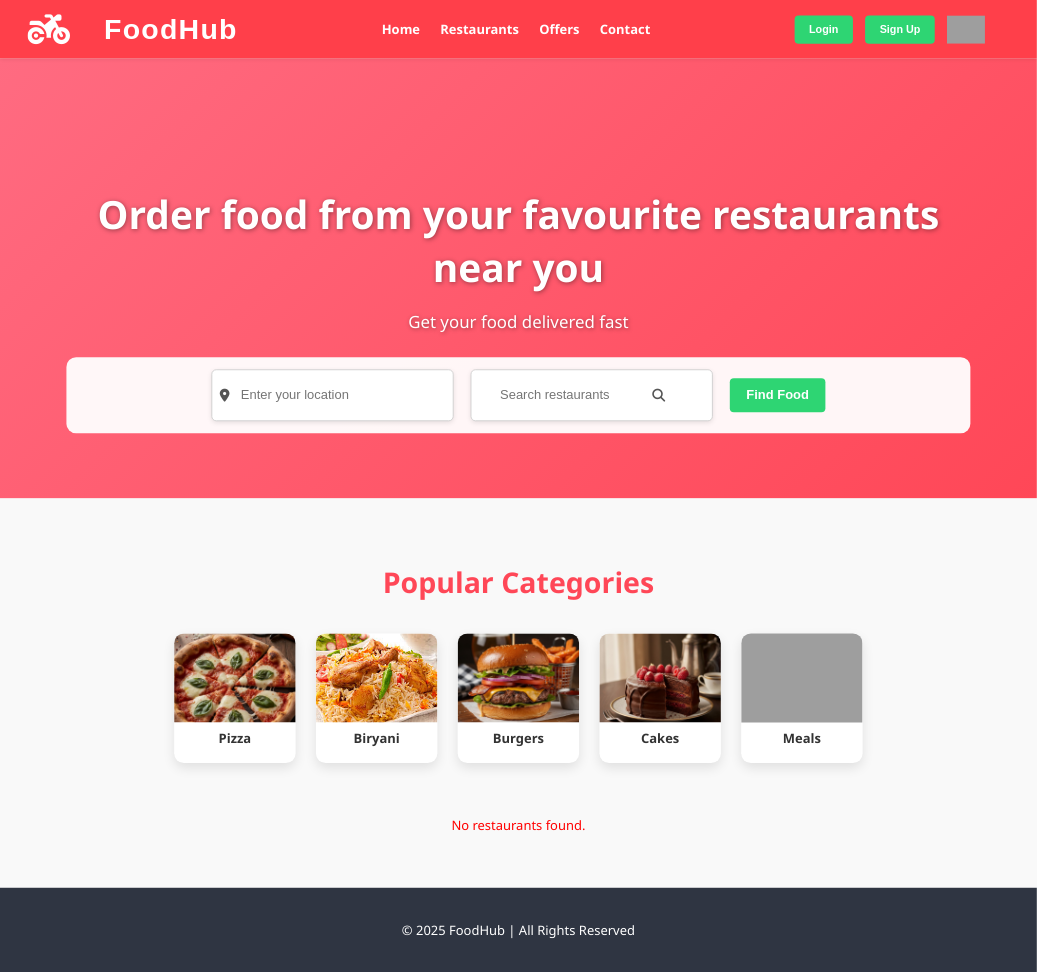
Repository: srinithiashoka/FoodDeliveryApp
Page: http://localhost/FoodDeliveryApp/home.jsp
The author's editor kept a copy of each file at every save. The page is drawn from the files as they stood at one save, then again after the next save.
The browser window is 1280 px wide. The pictures show the whole page, at 81% of full size.
Pictures or frames that could not be fetched are drawn as grey boxes. The page is served by Tomcat 10. Other server files are loaded and not shown. Queries for data that is not in the repository find no rows.

Above is the page before, as saved 2025-12-02 06:51:52.

### FoodDeliveryApp/src/main/webapp/home.jsp
<%@ page language="java" contentType="text/html; charset=UTF-8" pageEncoding="UTF-8"%>
<%@ page import="java.util.List" %>
<%@ page import="com.foodapp.dao.RestaurantDAO" %>
<%@ page import="com.foodapp.dao.impl.RestaurantDAOImpl" %>
<%@ page import="com.foodapp.model.Restaurant" %>

<%
    String location = request.getParameter("location");
    String restaurantName = request.getParameter("restaurant");

    RestaurantDAO dao = new RestaurantDAOImpl();
    List<Restaurant> restaurants;

    if ((location != null && !location.isEmpty()) || (restaurantName != null && !restaurantName.isEmpty())) {
        restaurants = dao.searchRestaurants(location, restaurantName);
    } else {
        restaurants = dao.getActiveRestaurants();
    }
%>

<!DOCTYPE html>
<html>
<head>
    <meta charset="UTF-8">
    <title>FoodHub - Food Delivery App</title>

    <link rel="stylesheet"
          href="https://cdnjs.cloudflare.com/ajax/libs/font-awesome/6.5.0/css/all.min.css">

    <link rel="stylesheet" href="css/home.css">
</head>

<body>

<!-- NAVBAR -->
<header>
    <div class="container">
        <div class="navbar">

            <!-- TEXT LOGO + SCOOTER ICON -->
            <div class="logo">
                <i class="fa-solid fa-motorcycle scooter-icon"></i>
                <span class="logo-text">FoodHub</span>
            </div>

            <ul class="nav-menu">
                <li><a href="#">Home</a></li>
                <li><a href="#">Restaurants</a></li>
                <li><a href="#">Offers</a></li>
                <li><a href="#">Contact</a></li>
            </ul>

            <div class="nav-actions">
                <button class="btn btn-login">Login</button>
                <button class="btn btn-signup">Sign Up</button>
                <img src="https://cdn-icons-png.flaticon.com/512/3144/3144456.png"
                     alt="Cart" title="My Cart">
            </div>
        </div>
    </div>
</header>


<!-- HERO SECTION -->
<section class="hero">
    <div class="container">
        <div class="hero-text-box">
            <h1>Order food from your favourite restaurants near you</h1>
            <p>Get your food delivered fast</p>
        </div>

        <div class="search-box">
            <form action="home.jsp" method="get" class="search-form">

                <div class="input-wrapper">
                    <i class="fa fa-map-marker-alt"></i>
                    <input type="text" name="location" placeholder="Enter your location"
                           value="<%= location != null ? location : "" %>">
                </div>

                <div class="input-wrapper">
                    <i class="fa fa-search"></i>
                    <input type="text" name="restaurant" placeholder="Search restaurants"
                           value="<%= restaurantName != null ? restaurantName : "" %>">
                </div>

                <button type="submit" class="btn btn-login">Find Food</button>
            </form>
        </div>
    </div>
</section>

<!-- CATEGORIES SECTION -->
<section class="categories">
    <div class="container">
        <h2>Popular Categories</h2>
        <div class="category-grid">
            <div class="category-card"><img src="images/pizzas.jpg"><p>Pizza</p></div>
            <div class="category-card"><img src="images/briyani.jpeg"><p>Biryani</p></div>
            <div class="category-card"><img src="images/burgers.jpg"><p>Burgers</p></div>
            <div class="category-card"><img src="images/cake.jpg"><p>Cakes</p></div>
            <div class="category-card"><img src="images/meals.jpeg"><p>Meals</p></div>
        </div>
    </div>
</section>
<div class="restaurant-grid">
    <% if (restaurants != null && !restaurants.isEmpty()) {
        for (Restaurant r : restaurants) { %>

            <a href="menu?action=byRestaurant&restaurantId=<%= r.getRestaurantId() %>" class="restaurant-card-link">
                <div class="restaurant-card">
                    <img src="<%= r.getImagePath() %>">
                    <div class="restaurant-info">
                        <h3><%= r.getName() %></h3>
                        <div class="restaurant-meta">
                            <span><%= r.getCuisineType() %></span>
                            <span><%= r.getDeliveryTime() %></span>
                        </div>
                        <p><%= r.getAddress() %></p>
                    </div>
                </div>
            </a>

    <%  }
    } else { %>
        <p style="text-align:center; width:100%; color:red;">No restaurants found.</p>
    <% } %>
</div>



<!-- FOOTER -->
<footer>
    <p>© 2025 FoodHub | All Rights Reserved</p>
</footer>

</body>
</html>

### FoodDeliveryApp/src/main/java/com/foodapp/dao/RestaurantDAO.java
package com.foodapp.dao;

import java.util.List;
import com.foodapp.model.Restaurant;

public interface RestaurantDAO {
    boolean addRestaurant(Restaurant restaurant);
    boolean updateRestaurant(Restaurant restaurant);
    boolean deleteRestaurant(int restaurantId);
    Restaurant getRestaurantById(int restaurantId);
    List<Restaurant> getAllRestaurants();
    List<Restaurant> getActiveRestaurants();

    // ✅ New method for search
    List<Restaurant> searchRestaurants(String location, String name);
}

### FoodDeliveryApp/src/main/java/com/foodapp/dao/impl/RestaurantDAOImpl.java
package com.foodapp.dao.impl;

import com.foodapp.dao.RestaurantDAO;
import com.foodapp.model.Restaurant;
import com.foodapp.util.DBConnection;

import java.sql.*;
import java.util.ArrayList;
import java.util.List;

public class RestaurantDAOImpl implements RestaurantDAO {

    @Override
    public boolean addRestaurant(Restaurant r) {
        String sql = "INSERT INTO restaurants (name, cuisineType, deliveryTime, address, adminUserId, isActive, imagePath) VALUES (?, ?, ?, ?, ?, ?, ?)";
        try (Connection conn = DBConnection.getConnection();
             PreparedStatement ps = conn.prepareStatement(sql)) {
            ps.setString(1, r.getName());
            ps.setString(2, r.getCuisineType());
            ps.setString(3, r.getDeliveryTime());
            ps.setString(4, r.getAddress());
            ps.setInt(5, r.getAdminUserId());
            ps.setBoolean(6, r.isActive());
            ps.setString(7, r.getImagePath());
            return ps.executeUpdate() > 0;
        } catch (SQLException e) {
            e.printStackTrace();
        }
        return false;
    }

    @Override
    public boolean updateRestaurant(Restaurant r) {
        String sql = "UPDATE restaurants SET name=?, cuisineType=?, deliveryTime=?, address=?, adminUserId=?, isActive=?, imagePath=? WHERE restaurantId=?";
        try (Connection conn = DBConnection.getConnection();
             PreparedStatement ps = conn.prepareStatement(sql)) {
            ps.setString(1, r.getName());
            ps.setString(2, r.getCuisineType());
            ps.setString(3, r.getDeliveryTime());
            ps.setString(4, r.getAddress());
            ps.setInt(5, r.getAdminUserId());
            ps.setBoolean(6, r.isActive());
            ps.setString(7, r.getImagePath());
            ps.setInt(8, r.getRestaurantId());
            return ps.executeUpdate() > 0;
        } catch (SQLException e) {
            e.printStackTrace();
        }
        return false;
    }

    @Override
    public boolean deleteRestaurant(int restaurantId) {
        String sql = "DELETE FROM restaurants WHERE restaurantId=?";
        try (Connection conn = DBConnection.getConnection();
             PreparedStatement ps = conn.prepareStatement(sql)) {
            ps.setInt(1, restaurantId);
            return ps.executeUpdate() > 0;
        } catch (SQLException e) {
            e.printStackTrace();
        }
        return false;
    }

    @Override
    public Restaurant getRestaurantById(int restaurantId) {
        String sql = "SELECT * FROM restaurants WHERE restaurantId=?";
        try (Connection conn = DBConnection.getConnection();
             PreparedStatement ps = conn.prepareStatement(sql)) {
            ps.setInt(1, restaurantId);
            try (ResultSet rs = ps.executeQuery()) {
                if (rs.next()) {
                    return extractRestaurant(rs);
                }
            }
        } catch (SQLException e) {
            e.printStackTrace();
        }
        return null;
    }

    @Override
    public List<Restaurant> getAllRestaurants() {
        List<Restaurant> list = new ArrayList<>();
        String sql = "SELECT * FROM restaurants";
        try (Connection conn = DBConnection.getConnection();
             Statement st = conn.createStatement();
             ResultSet rs = st.executeQuery(sql)) {
            while (rs.next()) {
                list.add(extractRestaurant(rs));
            }
        } catch (SQLException e) {
            e.printStackTrace();
        }
        return list;
    }

    @Override
    public List<Restaurant> getActiveRestaurants() {
        List<Restaurant> list = new ArrayList<>();
        String sql = "SELECT * FROM restaurants WHERE isActive = TRUE";
        try (Connection conn = DBConnection.getConnection();
             Statement st = conn.createStatement();
             ResultSet rs = st.executeQuery(sql)) {
            while (rs.next()) {
                list.add(extractRestaurant(rs));
            }
        } catch (SQLException e) {
            e.printStackTrace();
        }
        return list;
    }

    private Restaurant extractRestaurant(ResultSet rs) throws SQLException {
        Restaurant r = new Restaurant();
        r.setRestaurantId(rs.getInt("restaurantId"));
        r.setName(rs.getString("name"));
        r.setCuisineType(rs.getString("cuisineType"));
        r.setDeliveryTime(rs.getString("deliveryTime"));
        r.setAddress(rs.getString("address"));
        r.setAdminUserId(rs.getInt("adminUserId"));
        r.setActive(rs.getBoolean("isActive"));
        r.setImagePath(rs.getString("imagePath"));
        return r;
    }

    @Override
    public List<Restaurant> searchRestaurants(String location, String name) {
        List<Restaurant> list = new ArrayList<>();
        String sql = "SELECT * FROM restaurants WHERE isActive = TRUE";

        if (location != null && !location.isEmpty()) {
            sql += " AND address LIKE ?";
        }
        if (name != null && !name.isEmpty()) {
            sql += " AND name LIKE ?";
        }

        try (Connection conn = DBConnection.getConnection();
             PreparedStatement ps = conn.prepareStatement(sql)) {

            int index = 1;
            if (location != null && !location.isEmpty()) {
                ps.setString(index++, "%" + location + "%");
            }
            if (name != null && !name.isEmpty()) {
                ps.setString(index++, "%" + name + "%");
            }

            try (ResultSet rs = ps.executeQuery()) {
                while (rs.next()) {
                    list.add(extractRestaurant(rs));
                }
            }

        } catch (SQLException e) {
            e.printStackTrace();
        }
        return list;
    }

    }

### FoodDeliveryApp/src/main/java/com/foodapp/util/DBConnection.java
package com.foodapp.util;

import java.sql.Connection;
import java.sql.DriverManager;
import java.sql.SQLException;

public class DBConnection {

    private static final String URL = "jdbc:mysql://localhost:3306/food_delivery?useSSL=false&serverTimezone=UTC";
    private static final String USER = "root";
    private static final String PASS = "root";

    static {
        try {
            Class.forName("com.mysql.cj.jdbc.Driver");
        } catch (ClassNotFoundException e) {
            e.printStackTrace();
        }
    }

    public static Connection getConnection() throws SQLException {
        return DriverManager.getConnection(URL, USER, PASS);
    }
}

### FoodDeliveryApp/src/main/webapp/css/home.css
/* =======================
   General Styles
======================= */
body {
    margin: 0;
    font-family: 'Segoe UI', Tahoma, Geneva, Verdana, sans-serif;
    background: #f9f9f9;
    color: #333;
}

a {
    text-decoration: none;
    color: inherit;
}

.container {
    width: 90%;
    max-width: 1200px;
    margin: 0 auto;
}


/* =======================
   Header / Logo Animation
======================= */

header {
    background: #ff3f4a;
    padding: 15px 0;
    color: white;
    position: sticky;
    top: 0;
    z-index: 100;
    box-shadow: 0 2px 5px rgba(0,0,0,0.1);
}

.logo {
    display: flex;
    align-items: center;
    gap: 12px;
    cursor: pointer;
    position: relative;
}

/* Logo Text */
.logo-text {
    font-size: 2.2rem;
    font-weight: 900;
    font-family: 'Poppins', sans-serif;
    color: #ffffff;
    letter-spacing: 1.5px;
    opacity: 0;
    transform: translateY(15px);
    animation: textFade 1.3s ease-out forwards;
}

@keyframes textFade {
    0% { opacity: 0; transform: translateY(15px); }
    100% { opacity: 1; transform: translateY(0); }
}

/* Scooter Icon */
.scooter-icon {
    font-size: 42px;
    color: #ffffff;
    opacity: 0;
    position: relative;
    left: -30px;
    animation: scooterDrive 2s ease-out forwards 1.5s; /* delayed after text */
}

@keyframes scooterDrive {
    0% { transform: translateX(-30px) rotate(-10deg); opacity: 0; }
    50% { transform: translateX(10px) rotate(5deg); opacity: 1; }
    100% { transform: translateX(0) rotate(0deg); opacity: 1; }
}

/* Hover effect */
.logo:hover .logo-text {
    color: #ffeaa7;
    text-shadow: 0 0 10px rgba(255,255,255,0.8);
    transition: 0.3s;
}

.logo:hover .scooter-icon {
    transform: translateX(5px) rotate(2deg);
    transition: 0.3s;
}

/* =======================
   Navbar Layout
======================= */
.navbar {
    display: flex;
    justify-content: space-between;
    align-items: center;
}

.nav-menu {
    display: flex;
    list-style: none;
    gap: 25px;
    margin: 0;
    padding: 0;
}

.nav-menu li a {
    font-weight: bold;
    color: white;
    transition: color 0.3s;
}

.nav-menu li a:hover {
    color: #ffeaa7;
}

.nav-actions {
    display: flex;
    align-items: center;
    gap: 15px;
}

.nav-actions img {
    height: 35px;
    cursor: pointer;
    transition: transform 0.2s;
}

.nav-actions img:hover {
    transform: scale(1.1);
}

/* Buttons */
.btn {
    padding: 10px 18px;
    border: none;
    border-radius: 5px;
    cursor: pointer;
    font-weight: bold;
    transition: background 0.3s, transform 0.2s;
}

.btn-login,
.btn-signup,
.search-box button {
    background: #2ed573;
    color: white;
}

.btn-login:hover,
.btn-signup:hover,
.search-box button:hover {
    background: #26c35e;
    transform: scale(1.05);
}

/* =======================
   Hero Section
======================= */
.hero {
    background: linear-gradient(135deg, #ff6b81, #ff4757);
    color: white;
    text-align: center;
    padding: 120px 20px 80px 20px;
}

.hero h1 {
    font-size: 3rem;
    margin-bottom: 15px;
    text-shadow: 1px 1px 6px rgba(0,0,0,0.4);
}

.hero p {
    font-size: 1.3rem;
    margin-bottom: 30px;
    text-shadow: 1px 1px 5px rgba(0,0,0,0.4);
}

/* =======================
   Search Box
======================= */
.search-box {
    display: flex;
    justify-content: center;
    background: rgba(255, 255, 255, 0.95);
    padding: 15px;
    border-radius: 12px;
}

.search-form {
    display: flex;
    align-items: center;
    justify-content: center;
    gap: 70px;
    flex-wrap: nowrap;
}

.input-wrapper {
    position: relative;
    width: 250px;
    flex-shrink: 0;
}

.input-wrapper input {
    width: 100%;
    padding: 10px 12px;
    padding-left: 35px;
    border-radius: 6px;
    border: 1px solid #ccc;
    box-shadow: 0 2px 6px rgba(0,0,0,0.1);
    height: 42px;
    font-size: 1rem;
}

.input-wrapper i {
    position: absolute;
    font-size: 16px;
    color: #555;
    top: 50%;
    transform: translateY(-50%);
}

.fa-map-marker-alt { left: 10px; }
.fa-search { right: 10px; }

.search-box button {
    height: 42px;
    padding: 0 20px;
    font-size: 1rem;
}

/* =======================
   Categories
======================= */
.categories {
    padding: 50px 0;
}

.categories h2 {
    text-align: center;
    margin-bottom: 40px;
    font-size: 2.2rem;
    color: #ff4757;
}

.category-grid {
    display: flex;
    justify-content: center;
    flex-wrap: wrap;
    gap: 25px;
}

.category-card {
    background: white;
    border-radius: 12px;
    width: 150px;
    height: 160px;
    display: flex;
    flex-direction: column;
    align-items: center;
    justify-content: flex-start;
    box-shadow: 0 6px 15px rgba(0,0,0,0.1);
    cursor: pointer;
    transition: transform 0.3s, box-shadow 0.3s;
}

.category-card:hover {
    transform: translateY(-8px);
    box-shadow: 0 10px 20px rgba(0,0,0,0.15);
}

.category-card img {
    width: 100%;
    height: 110px;
    object-fit: cover;
    border-radius: 12px 12px 0 0;
}

.category-card p {
    margin: 8px 0;
    font-weight: 600;
}

/* =======================
   Restaurants
======================= */
.restaurants {
    padding: 50px 0;
}

.restaurants h2 {
    text-align: center;
    margin-bottom: 40px;
    font-size: 2.2rem;
    color: #ff4757;
}

.restaurant-grid {
    display: flex;
    flex-wrap: wrap;
    justify-content: center;
    gap: 25px;
}

.restaurant-card {
    background: white;
    width: 260px;
    border-radius: 12px;
    overflow: hidden;
    box-shadow: 0 6px 20px rgba(0,0,0,0.1);
    transition: transform 0.3s, box-shadow 0.3s;
    cursor: pointer;
}

.restaurant-card:hover {
    transform: translateY(-8px);
    box-shadow: 0 12px 25px rgba(0,0,0,0.15);
}

.restaurant-card img {
    width: 100%;
    height: 160px;
    object-fit: cover;
}

.restaurant-info {
    padding: 18px;
}

.restaurant-info h3 {
    margin: 0 0 8px 0;
}

.restaurant-meta {
    display: flex;
    justify-content: space-between;
    font-size: 0.9rem;
    color: #555;
    margin-bottom: 8px;
}

/* =======================
   Footer
======================= */
footer {
    background: #2f3542;
    color: white;
    text-align: center;
    padding: 25px 0;
    margin-top: 50px;
}

/* =======================
   Responsive
======================= */

/* ----- Tablets ----- */
@media(max-width: 1023px) {
    .search-form { gap: 35px; }
    .input-wrapper { width: 200px; }
    .category-card, .restaurant-card { width: 45%; }
}

/* ----- Mobile ----- */
@media(max-width: 767px) {

    .nav-menu { display: none; }

    .search-form {
        flex-direction: column;
        gap: 18px;
    }

    .input-wrapper {
        width: 100%;
    }

    .search-box button {
        width: 100%;
    }

    .category-card, .restaurant-card {
        width: 90%;
    }
}

/* ----- Small Phones ----- */
@media(max-width: 480px) {
    .hero h1 { font-size: 2rem; }
    .hero p { font-size: 1rem; }
}

After the next save:
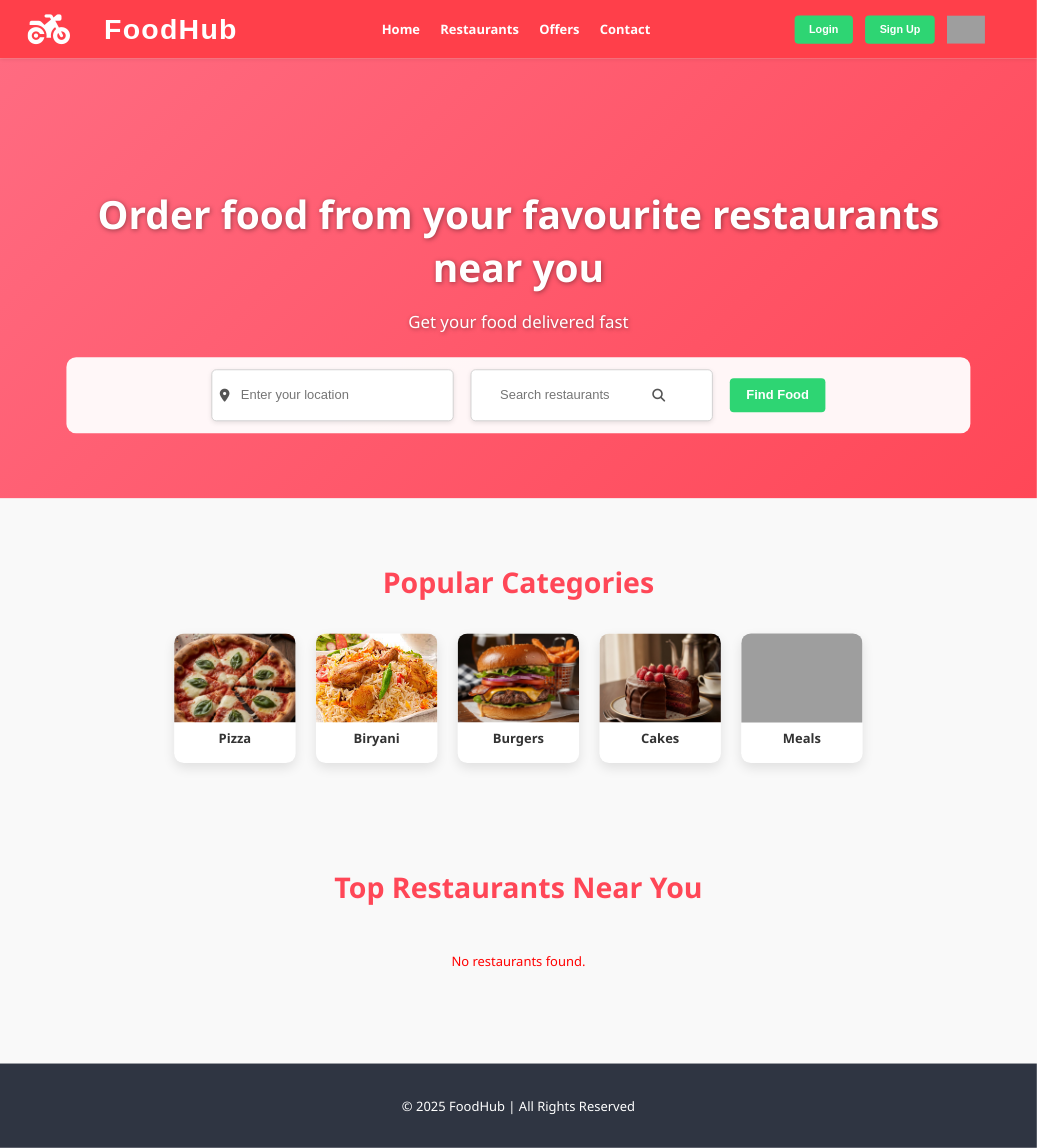
Saved 27 s later.
--- a/FoodDeliveryApp/src/main/webapp/home.jsp
+++ b/FoodDeliveryApp/src/main/webapp/home.jsp
@@ -103,31 +103,35 @@
         </div>
     </div>
 </section>
-<div class="restaurant-grid">
-    <% if (restaurants != null && !restaurants.isEmpty()) {
-        for (Restaurant r : restaurants) { %>
 
-            <a href="menu?action=byRestaurant&restaurantId=<%= r.getRestaurantId() %>" class="restaurant-card-link">
-                <div class="restaurant-card">
-                    <img src="<%= r.getImagePath() %>">
-                    <div class="restaurant-info">
-                        <h3><%= r.getName() %></h3>
-                        <div class="restaurant-meta">
-                            <span><%= r.getCuisineType() %></span>
-                            <span><%= r.getDeliveryTime() %></span>
+<!-- RESTAURANTS SECTION -->
+<section class="restaurants">
+    <div class="container">
+        <h2>Top Restaurants Near You</h2>
+
+        <div class="restaurant-grid">
+            <% if (restaurants != null && !restaurants.isEmpty()) {
+                for (Restaurant r : restaurants) { %>
+
+                    <div class="restaurant-card">
+                        <img src="<%= r.getImagePath() %>">
+                        <div class="restaurant-info">
+                            <h3><%= r.getName() %></h3>
+                            <div class="restaurant-meta">
+                                <span><%= r.getCuisineType() %></span>
+                                <span><%= r.getDeliveryTime() %></span>
+                            </div>
+                            <p><%= r.getAddress() %></p>
                         </div>
-                        <p><%= r.getAddress() %></p>
                     </div>
-                </div>
-            </a>
 
-    <%  }
-    } else { %>
-        <p style="text-align:center; width:100%; color:red;">No restaurants found.</p>
-    <% } %>
-</div>
-
-
+            <%  }
+            } else { %>
+                <p style="text-align:center; width:100%; color:red;">No restaurants found.</p>
+            <% } %>
+        </div>
+    </div>
+</section>
 
 <!-- FOOTER -->
 <footer>
